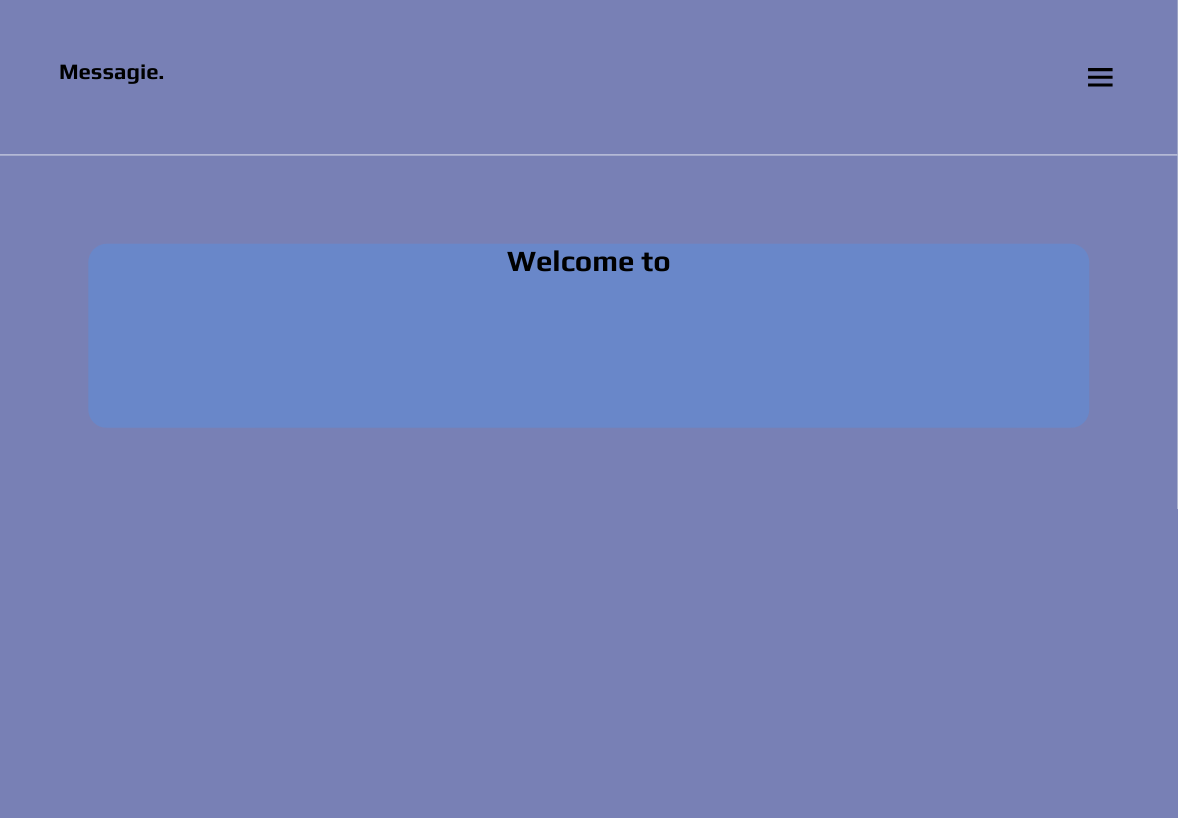
Repository: shaelorch/typeytalkey
Page: /, after clicking the first element matching `svg`
These files come from the project's save history. The page is drawn as it stood at one moment and after a run of saves; the edit follows.
The browser window is 1280 px wide. The pictures show the whole page, at 92% of full size.
The project was rebuilt for these pictures with package versions that can differ from the ones it lists, and the page was loaded fresh each time. The framework's server and built-in components were replaced by stand-ins that run in the browser. Also part of the build but not shown: next.config.js.

Above is the page before, as saved 2023-02-24 14:49:36.

After the next 2 saves:
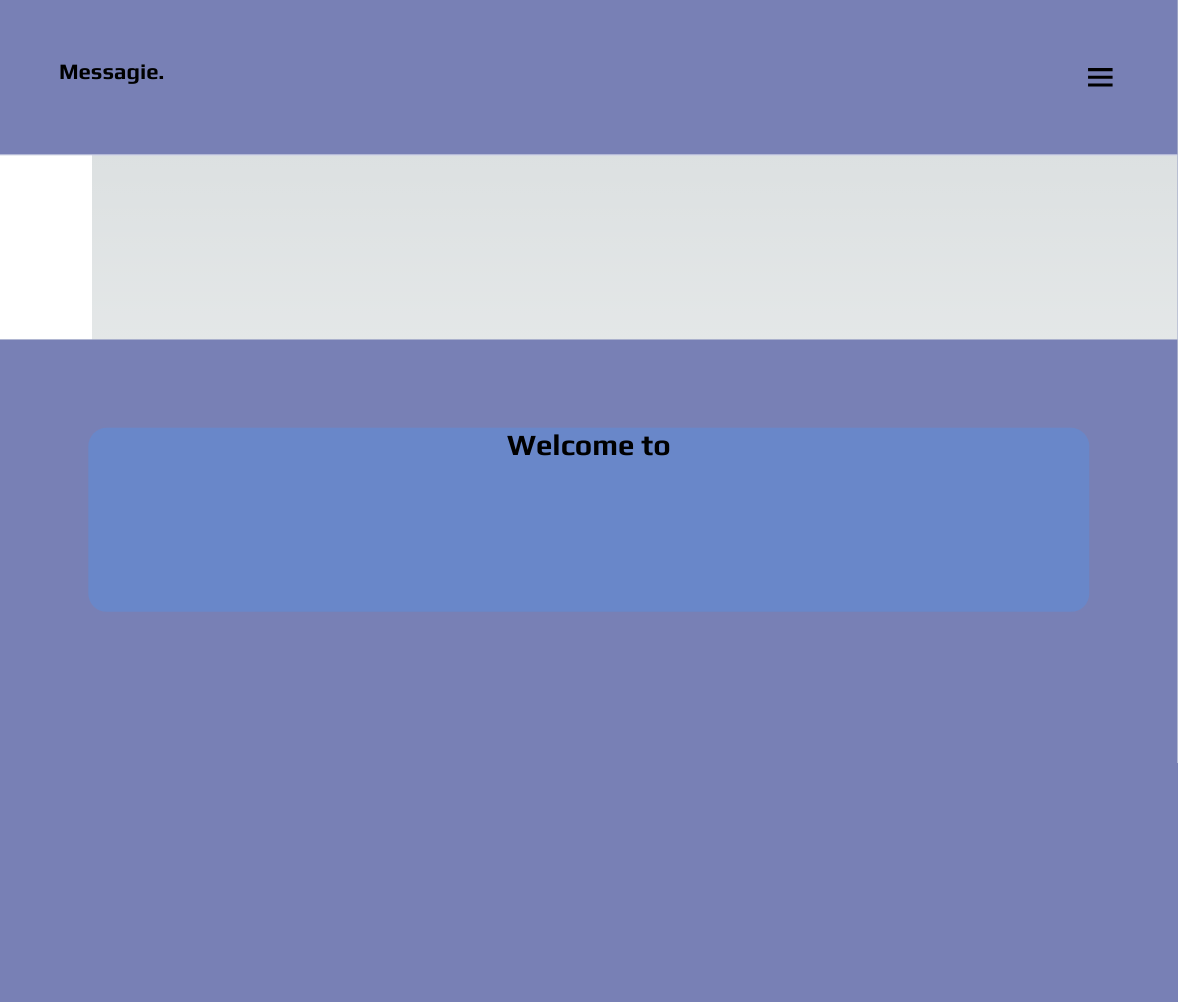
The 2 saves are shown as one change because they came seconds apart.
The last was saved 16 s later.
--- a/comps/Logo.js
+++ b/comps/Logo.js
@@ -12,7 +12,7 @@
     return ( <><div className={styles.logocont}>
         <h2>Messagie.</h2>
         <BiMenu size={40} onClick={handleClick} />
-    </div><div style={{display: open ? "flex" : "none", backgroundColor:'white', height:"30%", width:100}}>
+    </div><div style={{display: open ? "flex" : "none", backgroundColor:'white', height:200, width:100}}>
 
         </div></>
 
